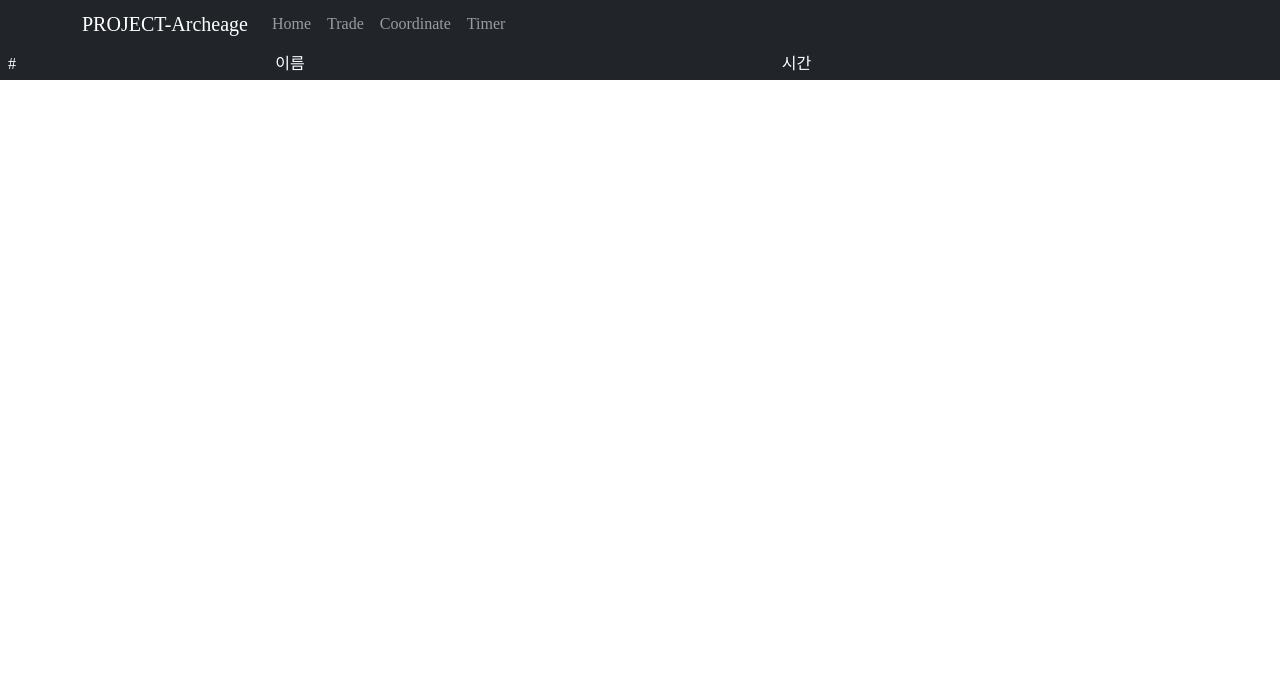
Repository: minsang98/project-archeage
Page: /timer
These files come from the project's save history. The page is drawn as it stood at one moment and after the next save; the edit follows.
The browser window is 1280 px wide. The pictures show the whole page.
The project was rebuilt for these pictures with package versions that can differ from the ones it lists, and the page was loaded fresh each time. Imported but missing from the stored project, and not drawn on this page: src/components/Timer/lol.mp3.

Above is the page before, as saved 2022-01-10 23:10:22.

After the next save:
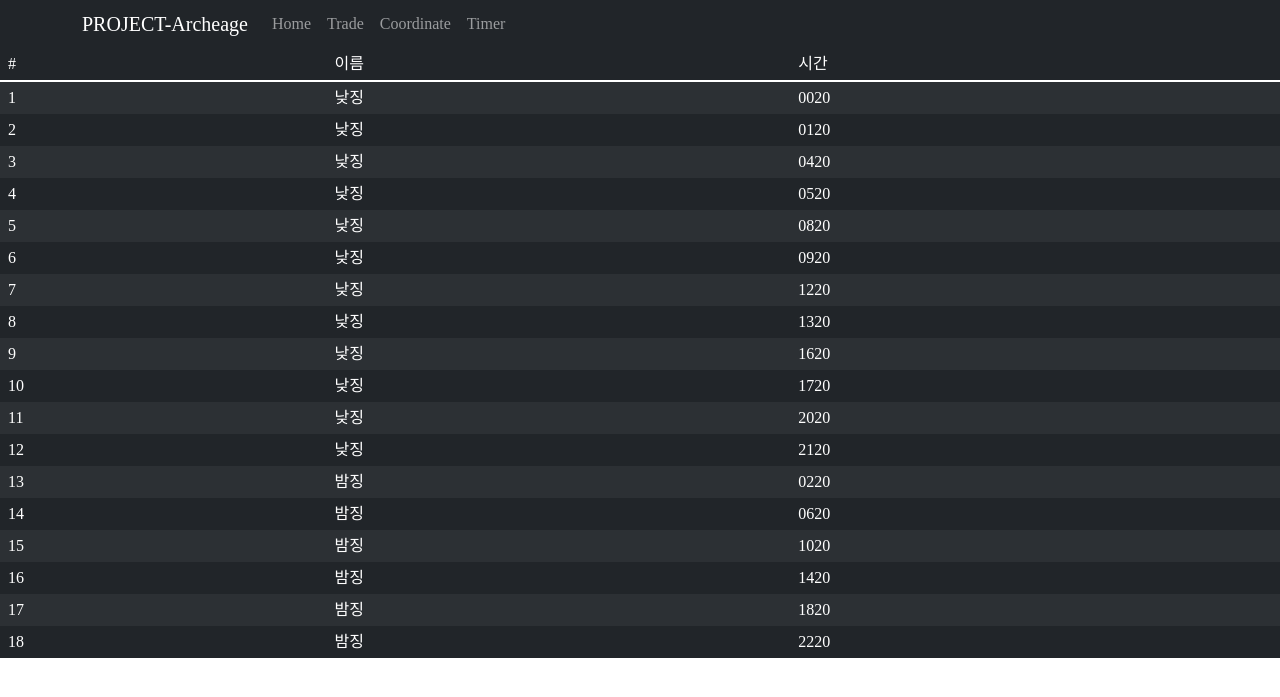
Saved 116 s later.
--- a/src/components/Timer/Timer.js
+++ b/src/components/Timer/Timer.js
@@ -32,7 +32,15 @@ const Timer = () => {
             <th>시간</th>
           </tr>
         </thead>
-        <tbody></tbody>
+        <tbody>
+          {riftRaid.map((v, i) => (
+            <tr key={i}>
+              <td>{i + 1}</td>
+              <td>{v.name}</td>
+              <td>{v.time}</td>
+            </tr>
+          ))}
+        </tbody>
       </Table>
     </div>
   );
